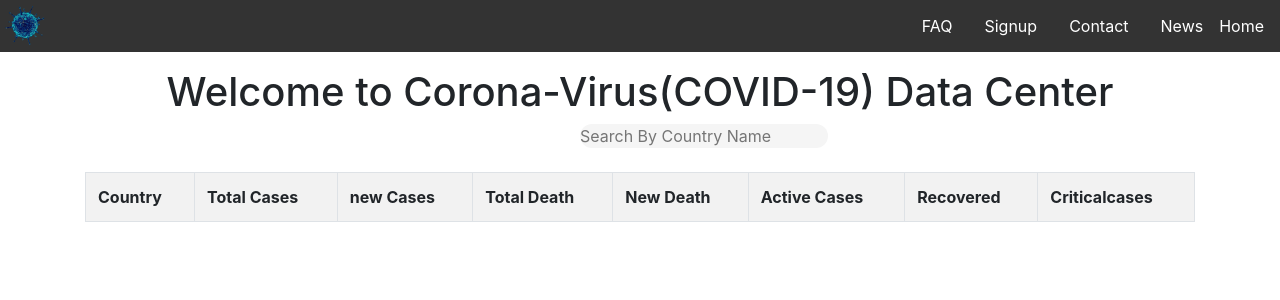
Repository: xthashankar/COVID-19-data-
Page: index.html
These files come from the project's save history. The page is drawn as it stood at one moment and after the next save; the edit follows.
The browser window is 1280 px wide. The pictures show the whole page.
The page's requests for data from a server got no answer.

Above is the page before, as saved 2020-04-15 19:21:22.

After the next save:
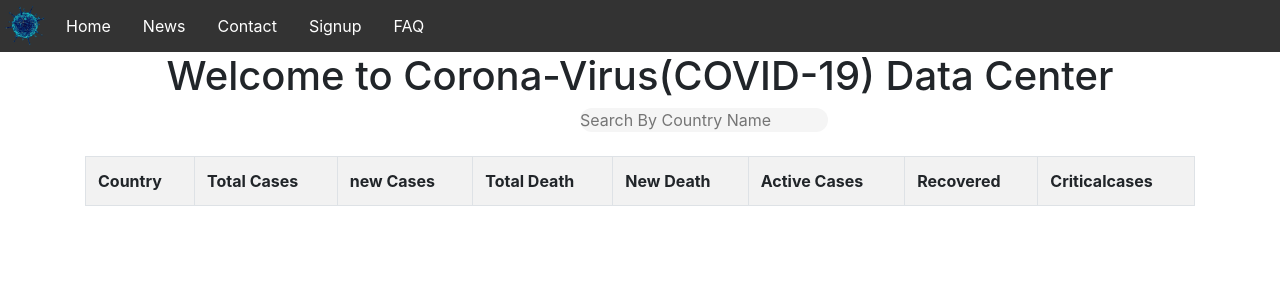
Saved 15 s later.
--- a/index.html
+++ b/index.html
@@ -29,9 +29,9 @@
 
         </ul> -->
         <div>
-            <ul>
+            <ul  class="nav">
                 <img src="image/coronavirus.png">
-                <li><a class="nav" href="#">Home</a></li>
+                <li><a href="#">Home</a></li>
                 <li><a href="#">News</a></li>
                 <li><a href="#">Contact</a></li>
                 <li><a href="#">Signup</a></li>
